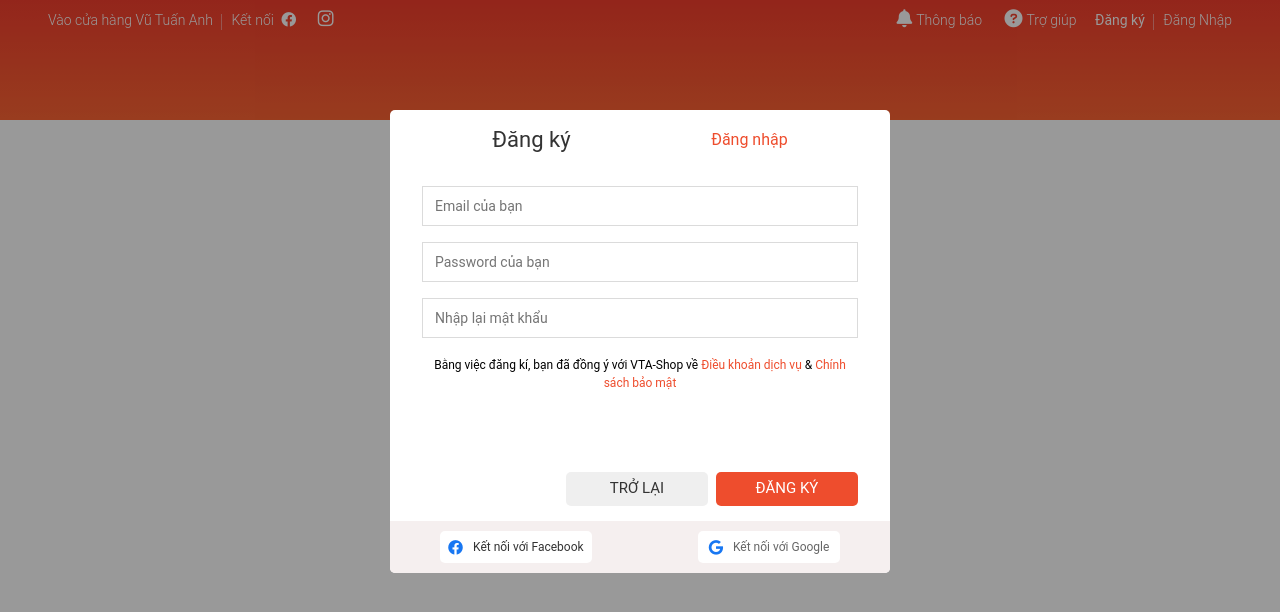
Repository: VuTuanAnh0949/Shopee
Page: index.html
The author's editor kept a copy of each file at every save. The page is drawn from the files as they stood at one save, then again after the next save.
The browser window is 1280 px wide. The pictures show the whole page.

Above is the page before, as saved 2022-02-16 16:15:56.

After the next save:
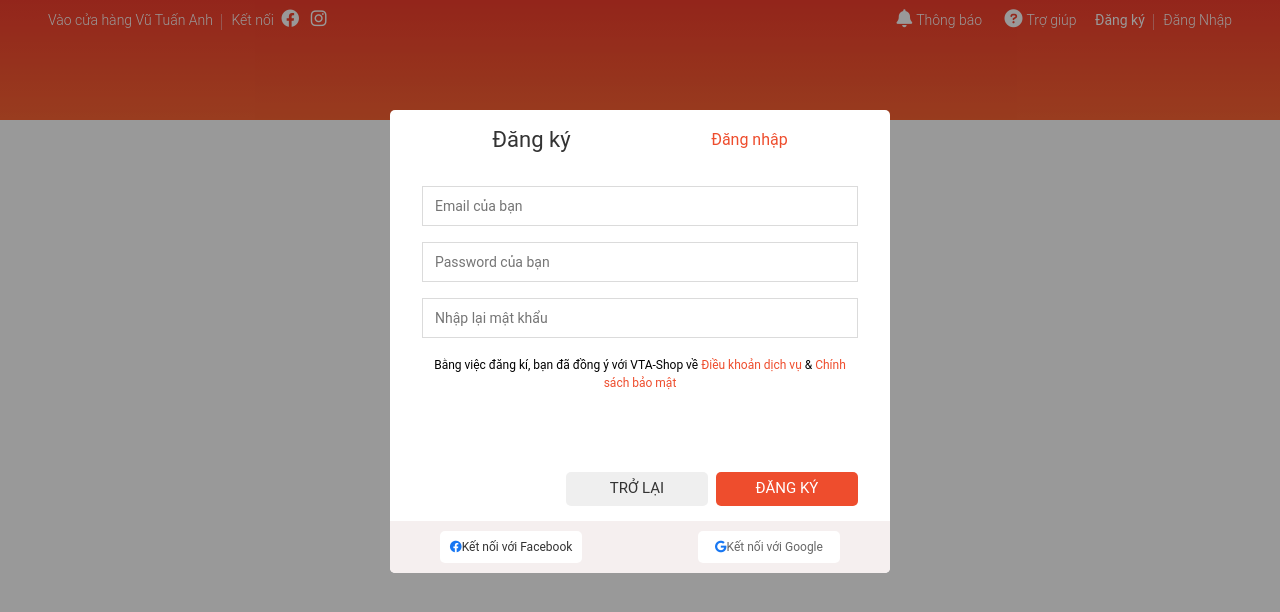
Saved 3 min 7 s later.
--- a/assets/css/main.css
+++ b/assets/css/main.css
@@ -331,8 +331,9 @@
 .auth-form__help-forgot{
   color: var(--primary-color);
 }
-.fa-google:before,
-.fa-facebook:before{
+/* .fa-google:before:hover, */
+.fa-facebook:before:hover{
   margin-right: 10px;
     font-size: 15px;
-}
+
+}

After the 2 saves that followed:
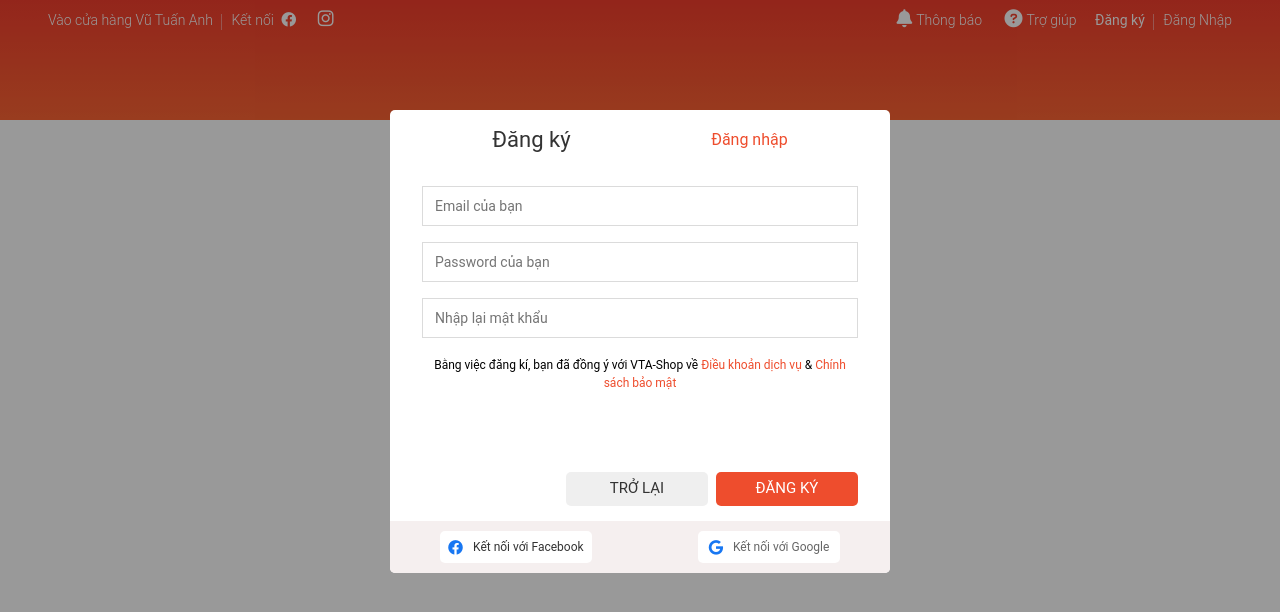
The 2 saves are shown as one change because 1 left the picture as it was.
The last was saved 44 s later.
--- a/assets/css/main.css
+++ b/assets/css/main.css
@@ -331,8 +331,8 @@
 .auth-form__help-forgot{
   color: var(--primary-color);
 }
-/* .fa-google:before:hover, */
-.fa-facebook:before:hover{
+.fa-google:before,
+.fa-facebook:before{
   margin-right: 10px;
     font-size: 15px;
 
